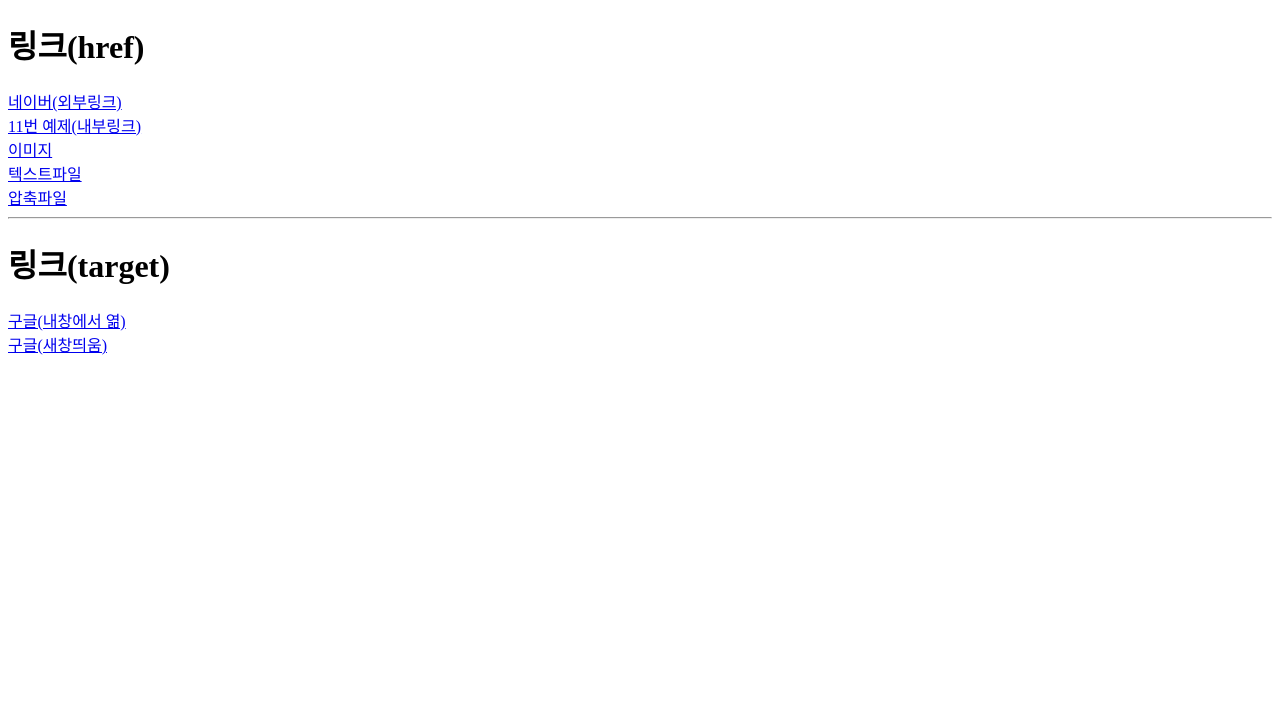
Repository: dnjs0/HCJ
Page: ClientTest/src/main/webapp/ex12_link.html
An editor plug-in stored every save of this project. The page is shown before and after the next save, followed by the edit.
The browser window is 1280 px wide. The pictures show the whole page.

Above is the page before, as saved 2025-02-11 03:33:40.

After the next save:
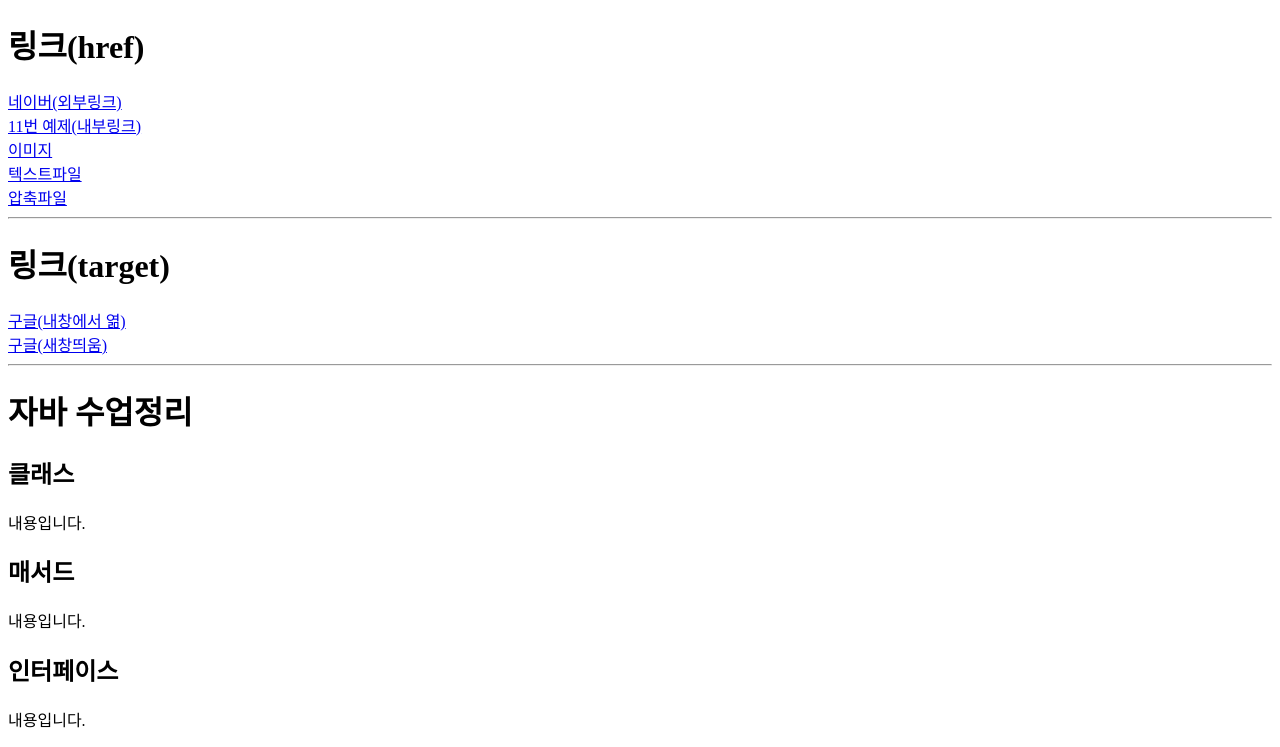
Saved 5 min 22 s later.
--- a/ClientTest/src/main/webapp/ex12_link.html
+++ b/ClientTest/src/main/webapp/ex12_link.html
@@ -38,6 +38,20 @@
      <a href="https://www.google.com/" target="_self">구글(내창에서 엶)</a><br>
      <a href="https://www.google.com/" target="_blanck">구글(새창띄움)</a><br>
 
+     <hr>
+
+
+     <h1>자바 수업정리</h1>
+
+     <h2>클래스</h2>
+     <p>내용입니다.</p>
+
+     <h2>매서드</h2>
+     <p>내용입니다.</p>
+
+
+     <h2>인터페이스</h2>
+     <p>내용입니다.</p>
 
 
 
